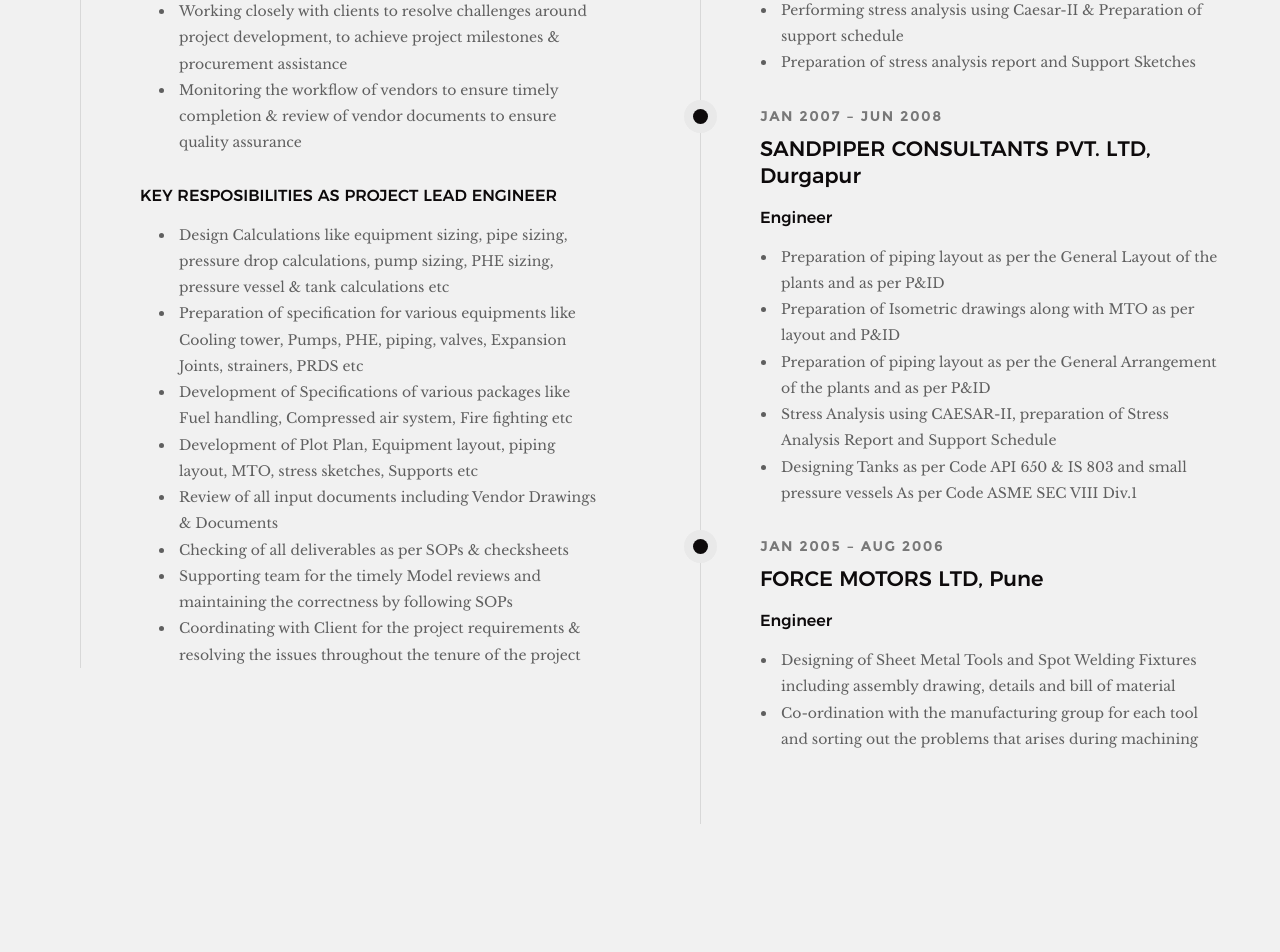
Repository: sumana1001/myprofile
Page: index.html
The author's editor kept a copy of each file at every save. The page is drawn from the files as they stood at one save, then again after the next save.
The browser window is 1280 px wide. The pictures show the part of the page from y = 3334 to 4286 px (the page is 5716 px tall before and 5664 px after).
Pictures or frames that could not be fetched are drawn as grey boxes.

Above is the page before, as saved 2020-05-07 10:06:59.

After the next save:
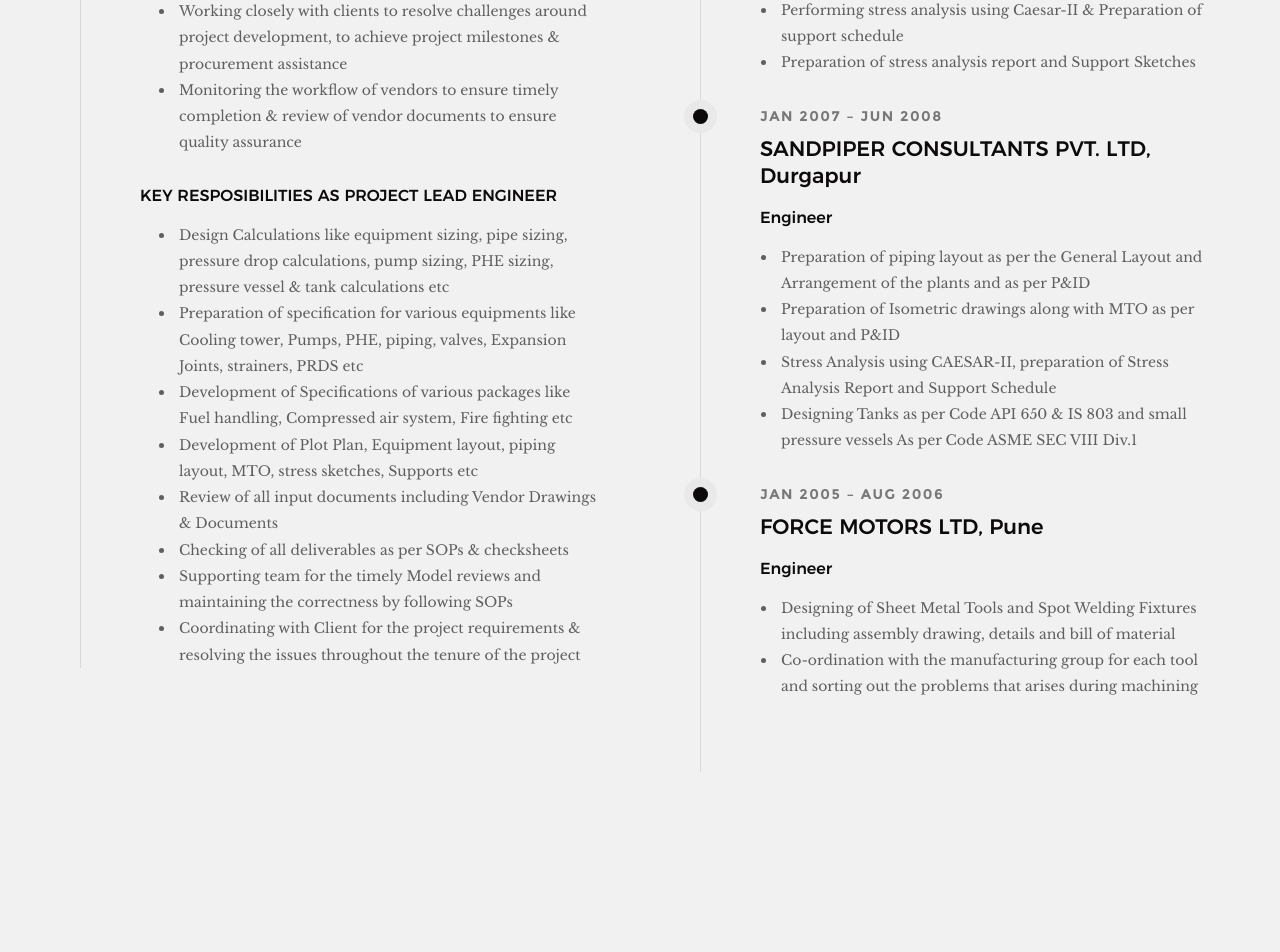
Saved 43 s later.
--- a/index.html
+++ b/index.html
@@ -340,11 +340,10 @@
                         </div>
                         <div class="timeline__desc">
                             <ul>
-                                <li>Preparation of piping layout as per the General Layout of the plants and as per P&ID
+                                <li>Preparation of piping layout as per the General Layout and Arrangement of the plants
+                                    and as per P&ID
                                 </li>
                                 <li>Preparation of Isometric drawings along with MTO as per layout and P&ID</li>
-                                <li>Preparation of piping layout as per the General Arrangement of the plants and as per
-                                    P&ID</li>
                                 <li>Stress Analysis using CAESAR-II, preparation of Stress Analysis Report and Support
                                     Schedule</li>
                                 <li>Designing Tanks as per Code API 650 & IS 803 and small pressure vessels As per Code
